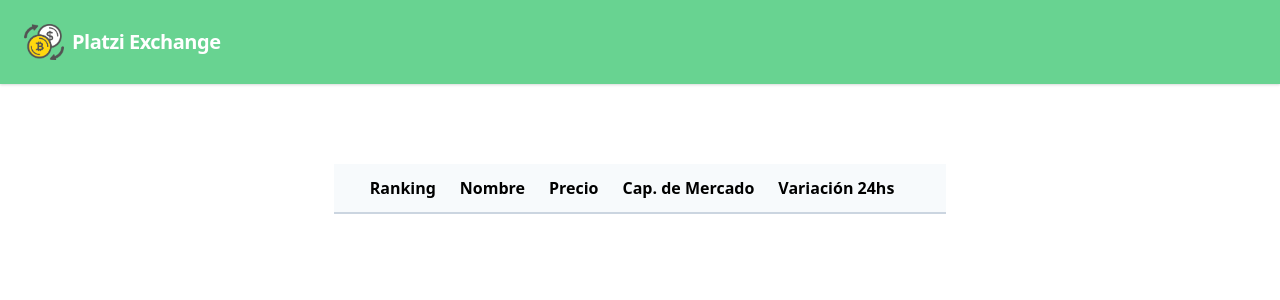
Repository: rectificator/platzi-exchange
Page: /
These files come from the project's save history. The page is drawn as it stood at one moment and after the next save; the edit follows.
The browser window is 1280 px wide. The pictures show the whole page.
The page's requests for data from a server got no answer. The project was rebuilt for these pictures with package versions that can differ from the ones it lists, and the page was loaded fresh each time. No one was signed in, and anything a server would have sent is missing. Imported but missing from the stored project, and not drawn on this page: src/views/CoinDetail.

Above is the page before, as saved 2022-02-06 15:08:29.

### src/App.vue
<template>
  <main>
    <px-header />
    <!--
      Me permite establecer cuál es el codigo
      que se va a reemplazar a medida que cambie la ruta
      -->
    <router-view class="container px-5 sm:px-20 py-20 flex justify-center" />
  </main>
</template>

<script>
import PxHeader from "@/components/PxHeader";
export default {
  name: "App",
  components: {
    PxHeader,
  },
};
</script>

<style>
#app {
  font-family: Avenir, Helvetica, Arial, sans-serif;
  -webkit-font-smoothing: antialiased;
  -moz-osx-font-smoothing: grayscale;
  text-align: center;
  color: #2c3e50;
  margin-top: 60px;
}
</style>

### src/router.js
import Vue from 'vue'
import Router from 'vue-router'

// Al utiilizar la carpeta views
// Diferencio los componentes que
// representan páginas (vistas) de
// los componentes normales como el header, etc.
import Home from '@/views/Home'
import About from '@/views/About'
import Error from '@/views/Error'

// La funcion "use" me permite
// instalar plugins o incorporar
// los diferentes plugins o utilidades
// que contienen las bibliotecas
// Es decir nos permite ir progresando
// el proyecto al incorporar funcionalidades
// e ir escalando requerimientos a medida que
// tenga que resolver cosas más complicadas
Vue.use(Router)

// Dentro de "Router" establezco
// la configuración de mis rutas
export default new Router({
    // Este modo utiliza el history mode de HTML
    mode: 'history',
    routes: [
        {
            path: '/',
            name: 'home',
            component: Home
        },
        {
            path: '/about',
            name: 'about',
            component: About
        },
        {
            path: '*',
            name: 'error',
            component: Error
        }

    ]
})

### src/components/PxHeader.vue
<template>
    <header class="shadow w-screen">
        <nav>
            <nav
                class="flex items-center justify-between flex-wrap bg-green-400 p-6"
            >
                <div class="flex items-center flex-shrink-0 text-white mr-6">
                    <px-icon class="mr-2" />
                    <span class="font-semibold text-xl tracking-tight"
                        >Platzi Exchange</span
                    >
                </div>
                <div
                    class="hidden sm:block w-full blok flex-grow lg:flex lg:items-center lg:wauto"
                >
                    <div class="text-sm lg:flex-grow"></div>
                </div>
            </nav>
        </nav>
    </header>
</template>

<script>
import PxIcon from '@/components/PxIcon'

export default {
    name: 'PxHeader',
    components: {
        PxIcon,
    },
}
</script>

### src/views/Home.vue
<template>
    <div>
        <px-assets-table :assets="assets"/>
    </div>
</template>

<script>
import api from '@/api'
import PxAssetsTable from '@/components/PxAssetsTable'

export default {
    name: 'Home',
    components: { PxAssetsTable },
    data(){
        return{
            assets: [],
        }
    },
    created(){
        api.getAssets()
        .then(assets => (this.assets = assets))
    },
}
</script>

### src/components/PxAssetsTable.vue
<template>
    <table>
        <thead>
            <tr class="bg-gray-100 border-b-2 border-gray-400">
                <th></th>
                <th>
                    <span>Ranking</span>
                </th>
                <th>Nombre</th>
                <th>Precio</th>
                <th>Cap. de Mercado</th>
                <th>Variación 24hs</th>
                <td class="hidden sm:block"></td>
            </tr>
        </thead>
        <tbody>
            <tr
                v-for="asset in assets"
                :key="asset.id"
                class="border-b border-gray-200 hover:bg-gray-100 hover:bg-orange-100"
            >
                <td>
                    <img
                        class="w-6 h-6"
                        :src="`https://static.coincap.io/assets/icons/${asset.symbol.toLowerCase()}@2x.png`"
                        :alt="asset.name"
                    />
                </td>
                <td>
                    <b>#{{ asset.rank }}</b>
                </td>
                <td>
                    {{ asset.name }}
                </td>
                <td>
                    {{ asset.priceUsd | dollar }}
                </td>
                <td>
                    {{ asset.marketCapUsd | dollar }}
                </td>
                <td
                :class="parseFloat(asset.changePercent24Hr) < 0 ? 'text-red-600' : 'text-green-600'"
                >
                    {{ asset.changePercent24Hr | percent }}
                </td>
                <td class="hidden sm:block"></td>
            </tr>
        </tbody>
    </table>
</template>

<script>
export default {
    name: 'PxAssetsTable',
    props: {
        assets: {
            type: Array,
            default: () => [],
        },
    },
}
</script>

<style scoped>
.up::before {
    content: '👆';
}

.down::before {
    content: '👇';
}

td {
    padding: 20px 0px;
    font-size: 0.6rem;
    text-align: center;
}

th {
    padding: 5px;
    font-size: 0.6rem;
}

@media (min-width: 640px) {
    td,
    th {
        padding: 20px;
        font-size: 1rem;
    }

    th {
        padding: 12px;
    }
}
</style>

### src/views/About.vue
<template>
    <div class="flex-col items-center">
        <h1 class="text-gray-700 text-6xl">Platzi Exchange v1.0.0</h1>
        <p class="text-gray-600 text-xl text-center">
            Proyecto para obtener las cotizaciones de las cryptomonedas mas
            importantes a traves de la API REST de Coincap.
            <br />Este proyecto es utilizado en el curo de Vue.js Basico de
            Platzi
        </p>

        <router-link to="/" class="mt-5 text-xl text-green-600 hover:underline"
            >Volver a la pagina de Inicio</router-link
        >
    </div>
</template>

### src/views/Error.vue
<template>
  <div class="flex-col items-center">
    <h1 class="text-gray-700 text-6xl uppercase">error</h1>
    <router-link
      class="mt-5 text-xl text-green-600 hover:underline"
      to="/"
    >Volver a la página de Inicio</router-link>
  </div>
</template>

Loaded but not shown: public/index.html (common file); src/assets/css/tailwind.css (common file); src/main.js (25 lines, source omitted); tailwind.js (25 lines, source omitted); src/filters.js (25 lines, source omitted); src/api.js (11 lines, source omitted); src/components/PxIcon.vue (456 lines, source omitted)

After the next save:
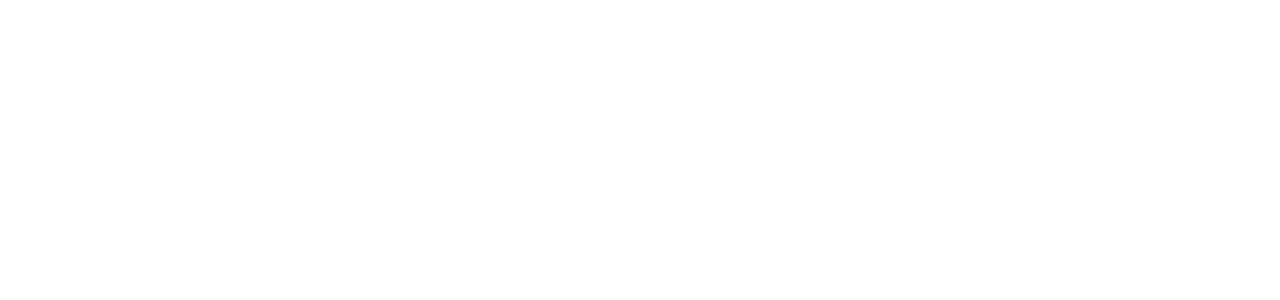
Console error: ReferenceError: CoinDetail is not defined
Saved 3 min 45 s later.
--- a/src/router.js
+++ b/src/router.js
@@ -28,18 +28,23 @@
         {
             path: '/',
             name: 'home',
-            component: Home
+            component: Home,
         },
         {
             path: '/about',
             name: 'about',
-            component: About
+            component: About,
+        },
+        /* Ruta Dinámica */
+        {
+            path: '/coin/:id',
+            name: 'coin-detail',
+            component: CoinDetail
         },
         {
             path: '*',
             name: 'error',
-            component: Error
-        }
-
-    ]
+            component: Error,
+        },
+    ],
 })

After the save that followed:
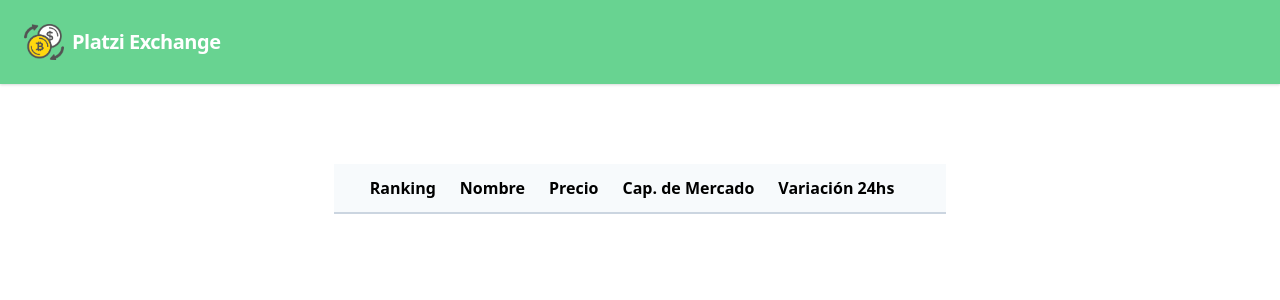
The error is gone.
Saved 47 s later.
--- a/src/router.js
+++ b/src/router.js
@@ -8,6 +8,7 @@
 import Home from '@/views/Home'
 import About from '@/views/About'
 import Error from '@/views/Error'
+import CoinDetail from '@/views/CoinDetail'
 
 // La funcion "use" me permite
 // instalar plugins o incorporar
